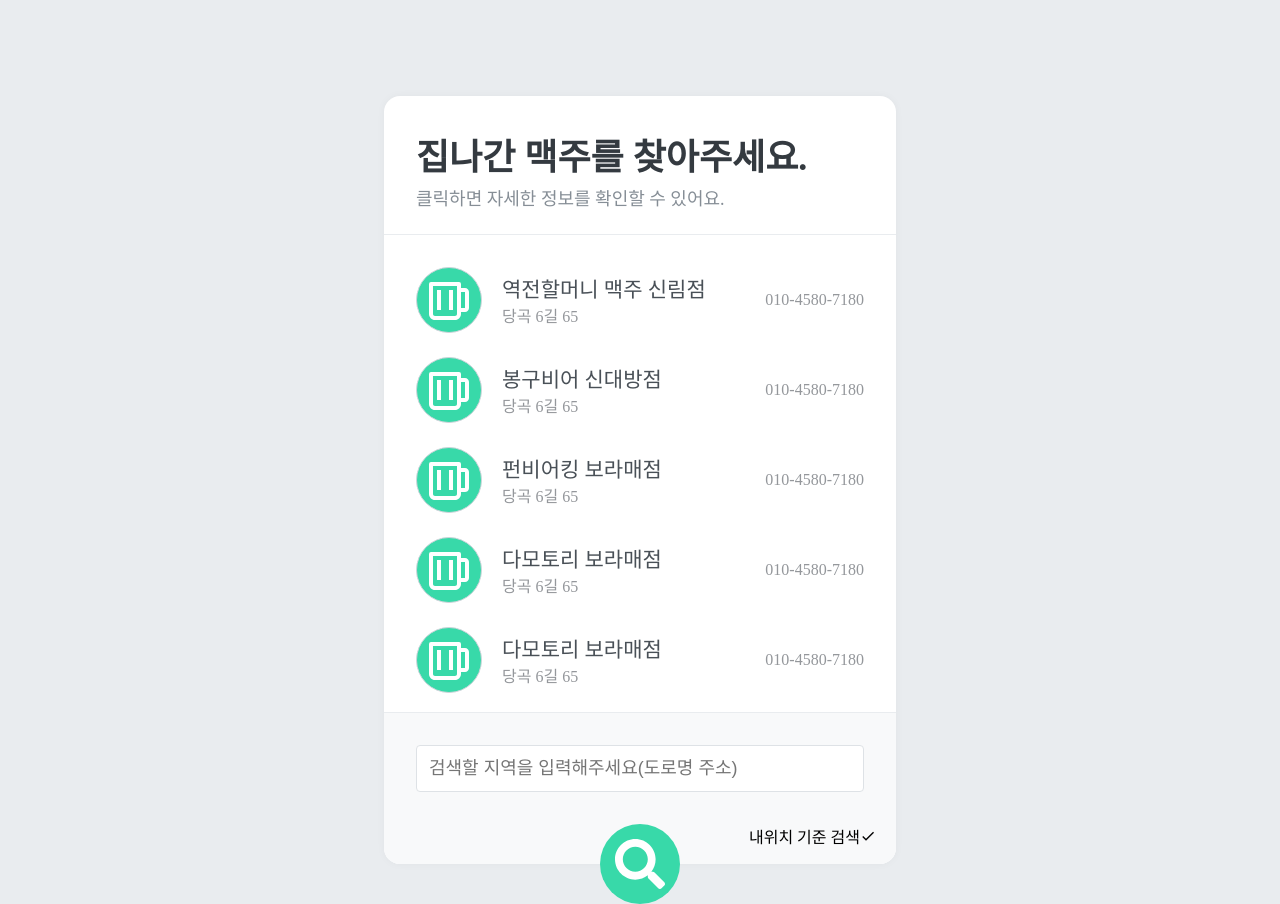
Repository: THE-SOPT-WEB/kimNamjun
Page: / (app in week4/bring-my-beer/)
These files come from the project's save history. The page is drawn as it stood at one moment and after the next save; the edit follows.
The browser window is 1280 px wide. The pictures show the whole page.
An inner scrolling area shows only its first screen. The project was rebuilt for these pictures with package versions that can differ from the ones it lists, and the page was loaded fresh each time.

Above is the page before, as saved 2022-05-13 02:15:51.

### week4/bring-my-beer/public/index.html
<!DOCTYPE html>
<html lang="en">
  <head>
    <meta charset="utf-8" />
    <link rel="icon" href="%PUBLIC_URL%/favicon.ico" />
    <meta name="viewport" content="width=device-width, initial-scale=1" />
    <meta name="theme-color" content="#000000" />
    <meta
      name="description"
      content="Web site created using create-react-app"
    />
    <link rel="apple-touch-icon" href="%PUBLIC_URL%/logo192.png" />
    <!--
      manifest.json provides metadata used when your web app is installed on a
      user's mobile device or desktop. See https://developers.google.com/web/fundamentals/web-app-manifest/
    -->
    <link rel="manifest" href="%PUBLIC_URL%/manifest.json" />
    <!--
      Notice the use of %PUBLIC_URL% in the tags above.
      It will be replaced with the URL of the `public` folder during the build.
      Only files inside the `public` folder can be referenced from the HTML.

      Unlike "/favicon.ico" or "favicon.ico", "%PUBLIC_URL%/favicon.ico" will
      work correctly both with client-side routing and a non-root public URL.
      Learn how to configure a non-root public URL by running `npm run build`.
    -->
    <title>우리동네 맥주집</title>
  </head>
  <body>
    <noscript>You need to enable JavaScript to run this app.</noscript>
    <div id="root"></div>
    <!--
      This HTML file is a template.
      If you open it directly in the browser, you will see an empty page.

      You can add webfonts, meta tags, or analytics to this file.
      The build step will place the bundled scripts into the <body> tag.

      To begin the development, run `npm start` or `yarn start`.
      To create a production bundle, use `npm run build` or `yarn build`.
    -->
  </body>
</html>

### week4/bring-my-beer/src/App.js
import React from 'react';
import { createGlobalStyle } from 'styled-components';
import Template from './components/Template';
import Header from './components/Header';
import List from './components/List';
import Search from './components/Search';

const GlobalStyle = createGlobalStyle`
  body {
    background: #e9ecef;
  }
`;

function App() {
  return (
    <>
      <GlobalStyle />
      <Template>
        <Header />
        <List />
        <Search />
      </Template>
    </>
  );
}

export default App;

### week4/bring-my-beer/src/components/Template.jsx
import React from 'react';
import styled from 'styled-components';

const TemplateBlock = styled.div`
  width: 512px;
  height: 768px;

  position: relative;
  background: white;
  border-radius: 16px;
  box-shadow: 0 0 8px 0 rgba(0, 0, 0, 0.04);

  margin: 0 auto;

  margin-top: 96px;
  margin-bottom: 32px;
  display: flex;
  flex-direction: column;
`;

function Template({ children }) {
  return <TemplateBlock>{children}</TemplateBlock>;
}

export default Template;

### week4/bring-my-beer/src/components/Header.jsx
import React from 'react';
import styled from 'styled-components';

const HeaderBlock = styled.div`
  padding: 32px 32px 24px 32px;
  border-bottom: 1px solid #e9ecef;
  h1 {
    margin: 0;
    font-size: 36px;
    color: #343a40;
  }
  .tip {
    margin-top: 4px;
    color: #868e96;
    font-size: 18px;
  }
`;

function Header() {
  return (
    <HeaderBlock>
      <h1>집나간 맥주를 찾아주세요. </h1>
      <div className="tip">클릭하면 자세한 정보를 확인할 수 있어요.</div>
    </HeaderBlock>
  );
}

export default Header;

### week4/bring-my-beer/src/components/List.jsx
import React from 'react';
import axios from "axios";
import Skeleton, { SkeletonTheme } from 'react-loading-skeleton'
import styled from 'styled-components';
import Item from './Item';

const ListBlock = styled.div`
  flex: 1;
  padding: 20px 32px;
  padding-bottom: 48px;
  overflow-y: auto;
`;

function List() {
  return (
    <ListBlock>
      <Item title="역전할머니 맥주 신림점" adress='당곡 6길 65' contact='010-4580-7180'/>
      <Item title="봉구비어 신대방점" adress='당곡 6길 65' contact='010-4580-7180'/>
      <Item title="펀비어킹 보라매점" adress='당곡 6길 65' contact='010-4580-7180'/>
      <Item title="다모토리 보라매점" adress='당곡 6길 65' contact='010-4580-7180'/>
      <Item title="다모토리 보라매점" adress='당곡 6길 65' contact='010-4580-7180'/>
      <Item title="다모토리 보라매점" adress='당곡 6길 65' contact='010-4580-7180'/>
      <Item title="다모토리 보라매점" adress='당곡 6길 65' contact='010-4580-7180'/>
      <Item title="다모토리 보라매점" adress='당곡 6길 65' contact='010-4580-7180'/>
      <Item title="다모토리 보라매점" adress='당곡 6길 65' contact='010-4580-7180'/>
      <Item title="다모토리 보라매점" adress='당곡 6길 65' contact='010-4580-7180'/>
      <Item title="다모토리 보라매점" adress='당곡 6길 65' contact='010-4580-7180'/>
      <Item title="다모토리 보라매점" adress='당곡 6길 65' contact='010-4580-7180'/>
      <Item title="다모토리 보라매점" adress='당곡 6길 65' contact='010-4580-7180'/>
      <Item title="다모토리 보라매점" adress='당곡 6길 65' contact='010-4580-7180'/>
      <Item title="다모토리 보라매점" adress='당곡 6길 65' contact='010-4580-7180'/>
      <Item title="다모토리 보라매점" adress='당곡 6길 65' contact='010-4580-7180'/>
    </ListBlock>
  );
}

export default List;

### week4/bring-my-beer/src/components/Search.jsx
import React from 'react';
import styled from 'styled-components';
import { FaSearch } from 'react-icons/fa';
import { MdDone } from 'react-icons/md';

const CircleButton = styled.button`
  background: #38d9a9;
  &:hover {
    background: #63e6be;
  }
  &:active {
    background: #20c997;
  }

  cursor: pointer;
  width: 80px;
  height: 80px;
  display: block;
  align-items: center;
  justify-content: center;
  font-size: 50px;
  position: absolute;
  left: 50%;
  bottom: 0px;
  transform: translate(-50%, 50%);
  color: white;
  border-radius: 50%;
  border: none;
  outline: none;
  display: flex;
  align-items: center;
  justify-content: center;
  transition: 0.125s all ease-in;

`;

const InsertFormPositioner = styled.div`
  width: 100%;
  bottom: 0;
  left: 0;
  position: absolute;
`;

const InsertForm = styled.form`
  background: #f8f9fa;
  padding: 32px 32px 72px 32px;
  border-bottom-left-radius: 16px;
  border-bottom-right-radius: 16px;
  border-top: 1px solid #e9ecef;
`;

const Input = styled.input`
  padding: 12px;
  border-radius: 4px;
  border: 1px solid #dee2e6;
  width: 100%;
  outline: none;
  font-size: 18px;
  box-sizing: border-box;
`;

const CheckBox = styled.div`
  font-size: 16px;
  position: absolute;
  right: 20px;
  bottom: 0px;
  display: flex;
  align-items: center;
  justify-content: center;
  transition: 0.125s all ease-in;

`

function Search() {

  return (
    <>
        <InsertFormPositioner>
          <InsertForm>
            <Input autoFocus placeholder="검색할 지역을 입력해주세요(도로명 주소)" disabled='' />
          </InsertForm>
        </InsertFormPositioner>
      <CircleButton>
        <FaSearch/>
      </CircleButton>
      <CheckBox>
        <p> 내위치 기준 검색 </p>
        <MdDone/>
      </CheckBox>

    </>
  );
}

export default Search;

### week4/bring-my-beer/src/components/Item.jsx
import React from 'react';
import styled  from 'styled-components';
import { BiBeer } from 'react-icons/bi';

const Remove = styled.div`
  display: flex;
  align-items: center;
  justify-content: center;
  color: #dee2e6;
  font-size: 24px;
  cursor: pointer;
`;

const ItemBlock = styled.div`
  display: flex;
  align-items: center;
  padding-top: 12px;
  padding-bottom: 12px;
`;

const Icon = styled.div`
  width: 64px;
  height: 64px;
  border-radius: 50px;
  border: 1px solid #ced4da;
  font-size: 48px;
  display: flex;
  align-items: center;
  justify-content: center;
  margin-right: 20px;
  cursor: pointer;
  background-color: #38d9a9;
  color: #fff;
`;

const Title = styled.div`
  flex: 1;
  font-size: 21px;
  color: #495057;
`;

const Adress = styled.div`
  font-size: 16px;
  color: #94979b;
`

const  Contact = styled.div`
  font-size: 16px;
  color: #94979b;
`

function Item({ title,adress,contact }) {
  return (
    <ItemBlock>
      <Icon >
        <BiBeer />
      </Icon>
      <Title >{title}
        <Adress>{adress}</Adress>
      </Title>
      <Contact>{contact}</Contact>
    </ItemBlock>
  );
}

export default Item;

Loaded but not shown: week4/bring-my-beer/src/index.js (common file)

After the next save:
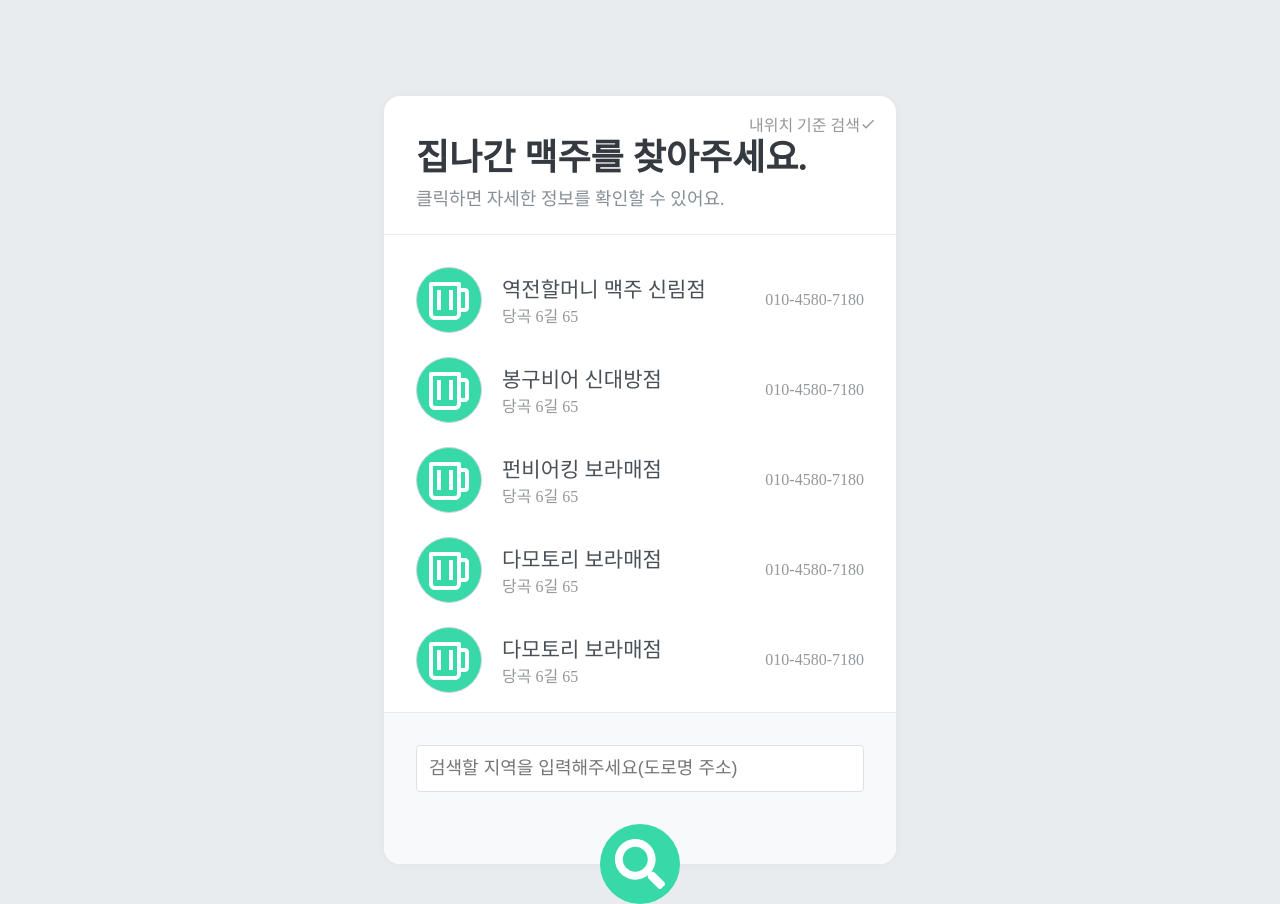
Saved 37 s later.
--- a/week4/bring-my-beer/src/components/Search.jsx
+++ b/week4/bring-my-beer/src/components/Search.jsx
@@ -63,11 +63,12 @@ const CheckBox = styled.div`
   font-size: 16px;
   position: absolute;
   right: 20px;
-  bottom: 0px;
+  bottom: px;
   display: flex;
   align-items: center;
   justify-content: center;
   transition: 0.125s all ease-in;
+  color: #94979b;
 
 `
 
